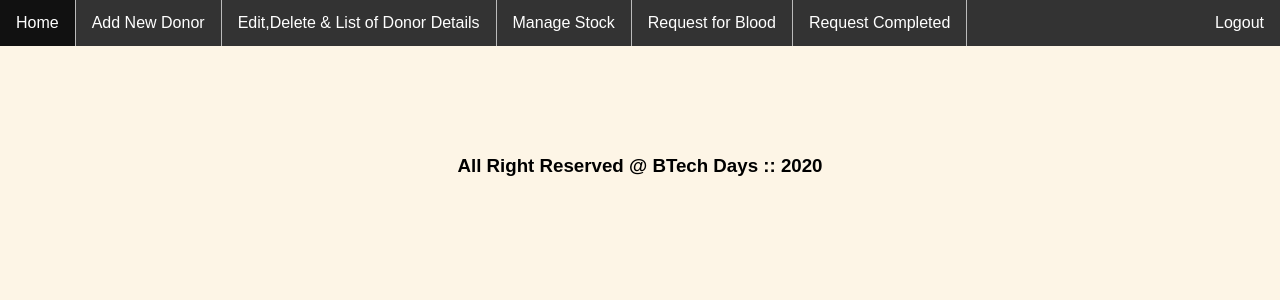
Repository: Tejas-2408/Blood-Bank-Management
Page: http://localhost/Blood_Bank_Management_System/editDeleteList.jsp
These files come from the project's save history. The page is drawn as it stood at one moment and after the next save; the edit follows.
The browser window is 1280 px wide. The pictures show the whole page.
The page is served by Tomcat 9. Other server files are loaded and not shown.

Above is the page before, as saved 2022-06-03 14:21:00.

### Blood Bank Management System/src/main/webapp/editDeleteList.jsp
<%@include file="header.html"%>
<html>
<head>
<style>
#customers {
  font-family: "Trebuchet MS", Arial, Helvetica, sans-serif;
  border-collapse: collapse;
  width: 95%;
}

#customers td, #customers th {
  border: 1px solid #ddd;
  padding: 8px;
}

#customers tr:nth-child(even){background-color: #f2f2f2;}

#customers tr:hover {background-color: #ddd;}

#customers th {
  padding-top: 12px;
  padding-bottom: 12px;
  text-align: left;
  background-color: #4CAF50;
  color: white;
}
</style>
</head>
<body>
<br>






</table>
</center>
<br>
<br>
<br>
<br>
<h3><center>All Right Reserved @ BTech Days :: 2020  </center></h3>
</body>
</html>

### Blood Bank Management System/src/main/webapp/header.html
<!DOCTYPE html>
<html>
<head>
 <link rel="stylesheet" href="style.css" type="text/css" media="screen">
<style>

ul {
  list-style-type: none;
  margin: 0;
  padding: 0;
  overflow: hidden;
  background-color: #333;
}

li {
  float: left;
  border-right:1px solid #bbb;
}

li:last-child {
  border-right: none;
}

li a {
  display: block;
  color: white;
  text-align: center;
  padding: 14px 16px;
  text-decoration: none;
}

li a:hover:not(.active) {
  background-color: #111;
}

.active {
  background-color: #4CAF50;
}
</style>
</head>
<body>

<ul>
  <li><a href="home.jsp">Home</a></li>
  <li><a href="addNewDonor.jsp">Add New Donor</a></li>
  <li><a href="editDeleteList.jsp">Edit,Delete & List of Donor Details</a></li>
    <li><a href="manageStock.jsp">Manage Stock</a></li>
  <li><a href="requestForBlood.jsp">Request for Blood</a></li>
  <li><a href="requestCompleted.jsp">Request Completed</a></li>
  <li style="float:right"><a href="adminLogin.jsp">Logout</a></li>
</ul>

</body>
</html>

### Blood Bank Management System/src/main/webapp/style.css
body{
background-color:#FDF5E6;
}
img{
width:100%;
height:500px;
}

.logo{
width:130px;
height:90px;
}
body {
  margin: 0;
  font-family: Arial;
}

.header {
  overflow: hidden;
  background-color:#B0C4DE;
  padding: 20px 10px;
}

.header a {
  float: left;
  color: white;
  text-align: center;
  padding: 12px;
  text-decoration: none;
  font-size: 18px;
  line-height: 25px;
  border-radius: 4px;
}

.header a.logo {
  font-size: 25px;
  font-weight: bold;
}


.header a.active {
  background-color: dodgerblue;
  color: white;
}

.header-right {
  float: right;
}

@media screen and (max-width: 500px) {
  .header a {
    float: none;
    display: block;
    text-align: left;
  }
  .header-right {
    float: none;
  }
}
.slide{
background-color:red;
}


textarea
{
    border: none;
    margin-left:100px;
	background:silver;
	width:100%;
    font-size: 16px;
	padding:15px;

}
.textdiv{
	margin-left:2.5%;
	margin-right:2.5%;
	width:100%;
}

iframe{

	height:50%;
	width:90%;
}


.button {
  border-radius: 4px;
  background-color: black;
  border: solid;
  color: #FFFFFF;
  text-align: center;
  font-size: 23px;
  padding: 5px;
  width: 120px;
  transition: all 0.5s;
  cursor: pointer;
  margin: 5px;
}

.button1 {
  border-radius: 4px;
  background-color: black;
  border: solid;
  border-radius:30px;
  border-color:silver;
  color: #FFFFFF;
  text-align: center;
  font-size: 23px;
  padding: 5px;
  width: 140px;
  transition: all 0.5s;
  cursor: pointer;
  margin: 5px;
  float:right;
}

button span {
  cursor: pointer;
  display: inline-block;
  position: relative;
  transition: 0.5s;
}

button span:after ,button1 span:after {
  content: '\00bb';
  position: absolute;
  opacity: 0;
  top: 0;
  right: -20px;
  transition: 0.5s;
}

button:hover span , button1:hover span {
  padding-right: 25px;
}

button:hover span:after , button1:hover span:after {
  opacity: 1;
  right: 0;
}



.p1{
	margin-left:6%;
	margin-right:6%;
	padding:15%;
	 border-left: 6px solid silver;
	 border-right: 6px solid silver;
	  border-top: 6px solid gray;
	 border-bottom: 6px solid gray;
	margin-bottom:2px;
	 background: rgba(0, 0, 0, 0.2);

}
.p2
{
	margin-left:6%;
	margin-right:6%;
	padding:9%;
	border:solid;
	border-left: 6px solid silver;
	 border-right: 6px solid silver;
	  border-top: 6px solid gray;
	 border-bottom: 6px solid gray;
	margin-bottom:18px;
	 background: rgba(0, 0, 0, 0.2);
}


.p3{

	color:white;
	margin-left:6%;
}


.m1{
	width:140px;
}

* {
    box-sizing: border-box;
}

body {
    margin: 0;
    font-family: Arial;
}

.header {
    text-align: center;
    padding: 32px;
}

.row {
    display: -ms-flexbox; /* IE10 */
    display: flex;
    -ms-flex-wrap: wrap; /* IE10 */
    flex-wrap: wrap;
    padding: 0 4px;

}
.row1 {
    display: -ms-flexbox; /* IE10 */
    display: flex;
    -ms-flex-wrap: wrap; /* IE10 */
    flex-wrap: wrap;
    padding: 0 4px;
	background-color:black;

}


/* Create four equal columns that sits next to each other */
.column {
    -ms-flex: 25%; /* IE10 */
    flex: 25%;
    max-width: 50%;
    padding: 0 4px;
}
.column1 {
    -ms-flex: 25%; /* IE10 */
    flex: 25%;
    max-width: 100%;
    padding: 0 4px;
}


.column img {
    margin-top: 8px;
    vertical-align: middle;
	height:300px;
	padding:30px;
}

/* Responsive layout - makes a two column-layout instead of four columns */
@media screen and (max-width: 800px) {
    .column {
        -ms-flex: 50%;
        flex: 50%;
        max-width: 50%;
    }
}

/* Responsive layout - makes the two columns stack on top of each other instead of next to each other */
@media screen and (max-width: 600px) {
    .column {
        -ms-flex: 100%;
        flex: 100%;
        max-width: 100%;
    }
}
p{
padding:10px;
}

.h1d{
color:white;
margin-left:5%;
}
.h1e{
color:white;
margin-left:28%;
}

After the next save:
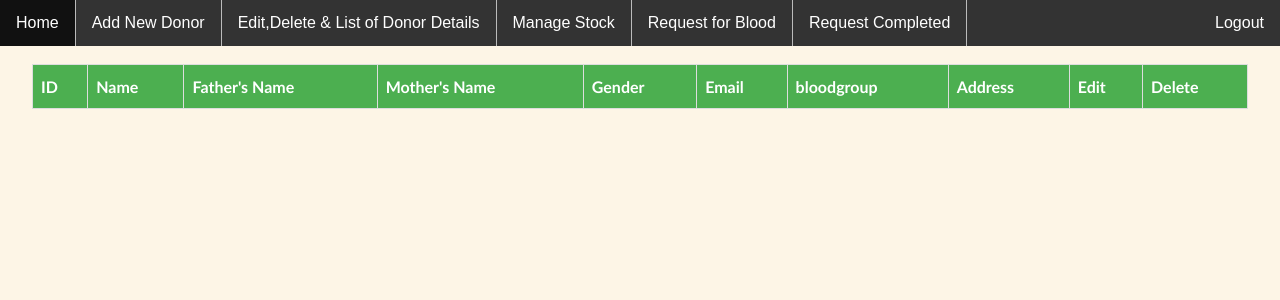
Saved 96 min 17 s later.
--- a/Blood Bank Management System/src/main/webapp/editDeleteList.jsp
+++ b/Blood Bank Management System/src/main/webapp/editDeleteList.jsp
@@ -1,4 +1,5 @@
 <%@include file="header.html"%>
+<%@page import="Project.ConnectionProvider,java.sql.*" %>
 <html>
 <head>
 <style>
@@ -28,8 +29,22 @@
 </head>
 <body>
 <br>
+<center>
 
-
+<table id="customers">
+<tr>
+<th>ID</th>
+<th>Name</th>
+<th>Father's Name</th>
+<th>Mother's Name</th>
+<th>Gender</th>
+<th>Email</th>
+<th>bloodgroup</th>
+<th>Address</th>
+<th>Edit</th>
+<th>Delete</th>
+</tr>
+<tr>
 
 
 
@@ -40,6 +55,5 @@
 <br>
 <br>
 <br>
-<h3><center>All Right Reserved @ BTech Days :: 2020  </center></h3>
 </body>
 </html>
